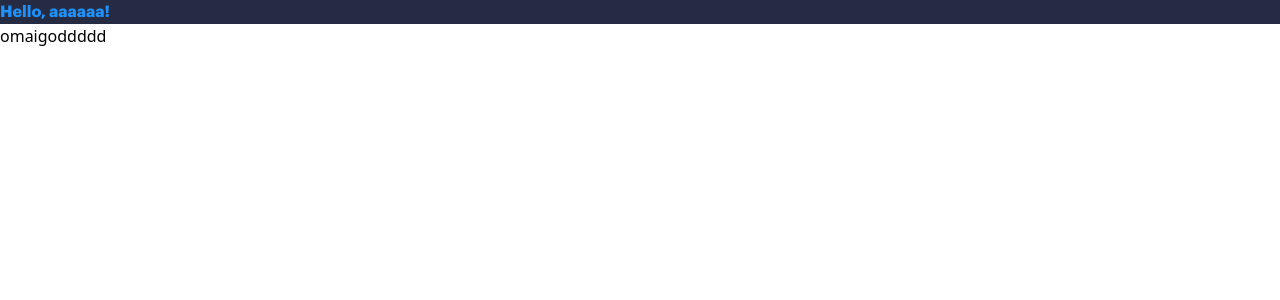
Repository: SK3010z/figmaland-tailwind
Page: /
The author's editor kept a copy of each file at every save. The page is drawn from the files as they stood at one save, then again after the next save.
The browser window is 1280 px wide. The pictures show the whole page.
The project was rebuilt for these pictures with package versions that can differ from the ones it lists, and the page was loaded fresh each time. Also part of the build but not shown: vite.config.js, src/mediaQueries.jsx.

Above is the page before, as saved 2024-08-16 13:21:32.

### index.html
<!doctype html>
<html lang="en">
  <head>
    <meta charset="UTF-8" />
    <link rel="icon" type="image/svg+xml" href="/vite.svg" />
    <meta name="viewport" content="width=device-width, initial-scale=1.0" />
    <title>FigmaLand</title>
  </head>
  <body>
    <div id="root"></div>
    <script type="module" src="/src/main.jsx"></script>
  </body>
</html>

### src/main.jsx
import { StrictMode } from 'react'
import { createRoot } from 'react-dom/client'
import App from './App.jsx'
import MediaQueries from './mediaQueries.jsx'
import './index.css'

createRoot(document.getElementById('root')).render(
  <StrictMode>
    <App/>
  </StrictMode>,
)

### src/App.jsx
import { Button } from "./components/Button"

function App() {
  return (
    <>
      <h1 className="text-primary bg-darkBrackground font-graphik-bold">Hello, aaaaaa!</h1>
      <Button className="mt-16">omaigoddddd</Button>
    </>
  )
}

export default App

### src/index.css
@tailwind base;
@tailwind components;
@tailwind utilities;

@font-face {
  font-family: "Graphik-bold";
  src: url(./fonts/Graphik/Graphik-Bold-Trial.otf) format("opentype");
  font-style: normal;
  font-display: swap;
}
@font-face {
  font-family: "Graphik";
  src: url(./fonts/Graphik/Graphik-Regular-Trial.otf) format("opentype");
  font-style: normal;
  font-display: swap;
}

### src/components/Button/index.jsx
export const Button = ({children}) => {
    return <button className="caret-blue-500">{children}</button>
}

### tailwind.config.js
/** @type {import('tailwindcss').Config} */
export default {
  content: [
    "./index.html",
    "./src/**/*.{js,ts,jsx,tsx}",
  ],
  theme: {
    extend: {
      fontFamily: {
        graphik: ['Graphik','sans-serif'],
        'graphik-bold': ['Graphik-bold','sans-serif']
      },
      colors: {
        primary: '#2091F9',
        text: '#252B42',
        decondaryText: '#374754',
        darkBrackground: '#252B42'
      }
    },
  },
  plugins: [],
}

After the next save:
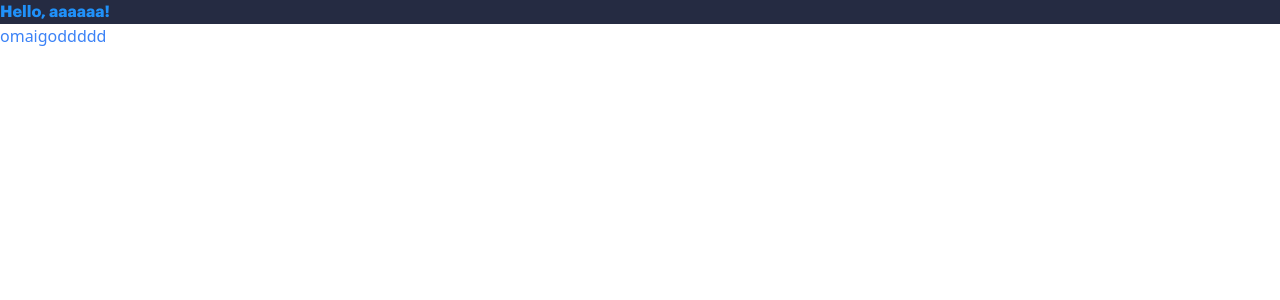
Saved 109 s later.
--- a/src/components/Button/index.jsx
+++ b/src/components/Button/index.jsx
@@ -1,3 +1,3 @@
 export const Button = ({children}) => {
-    return <button className="caret-blue-500">{children}</button>
+    return <button className="text-blue-500">{children}</button>
 }
